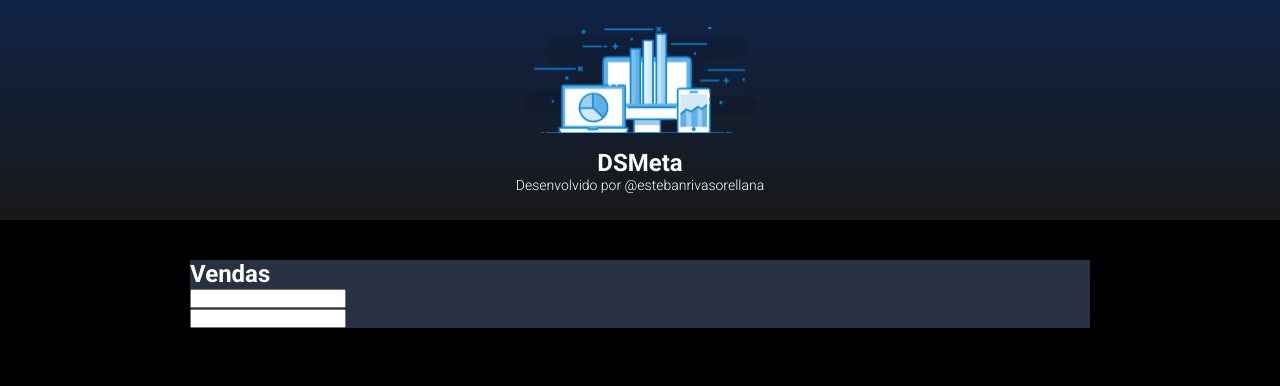
Repository: estebanrivas/dsmeta-css
Page: index.html
An editor plug-in stored every save of this project. The page is shown before and after a run of saves, followed by the edit.
The browser window is 1280 px wide. The pictures show the whole page.

Above is the page before, as saved 2022-09-08 21:35:17.

After the next 3 saves:
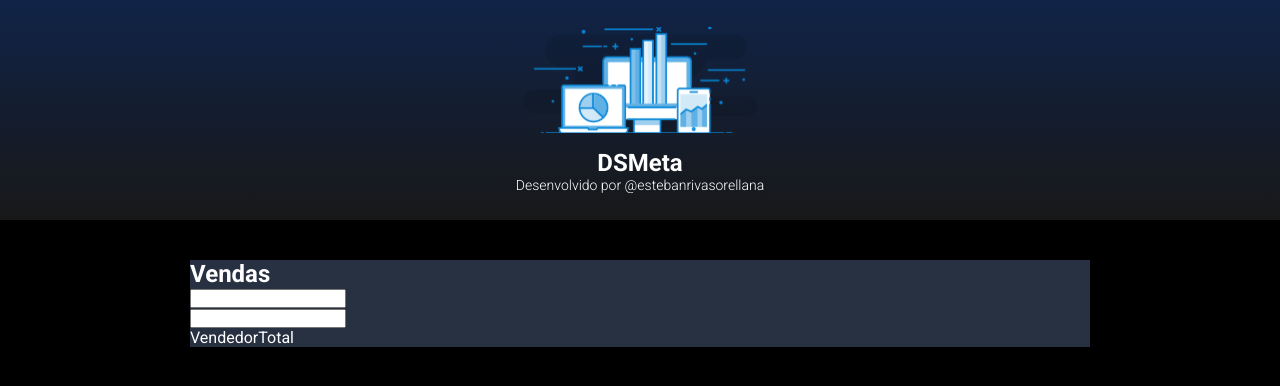
The 3 saves are shown as one change because they came seconds apart.
The last was saved 10 s later.
--- a/index.html
+++ b/index.html
@@ -39,6 +39,8 @@
                     <div>
                         <table>
                             <thead>
+                                <tr>Vendedor</tr>
+                                <tr>Total</tr>
                                 <tr></tr>
                             </thead>
                         </table>
